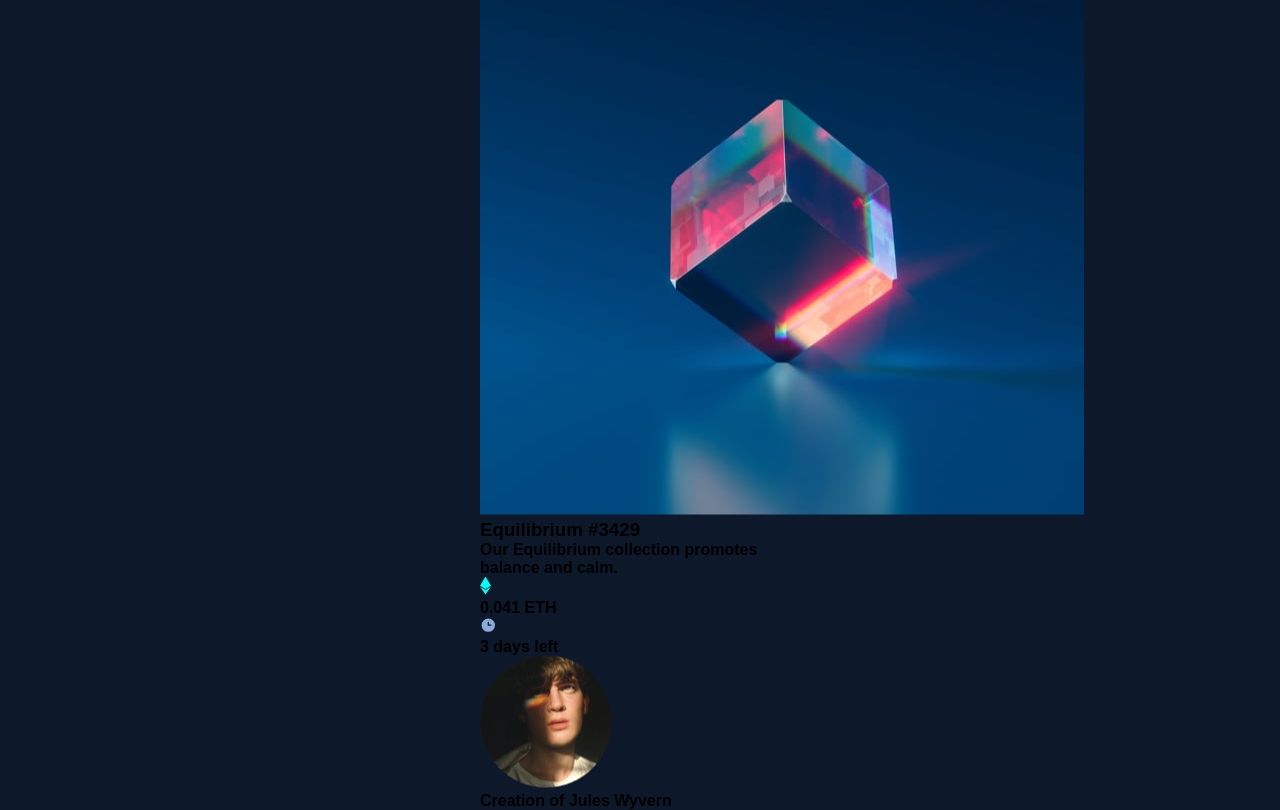
Repository: superZXMzzl/FrontendMentor
Page: nft-preview-card-component-main/index.html
These files come from the project's save history. The page is drawn as it stood at one moment and after the next save; the edit follows.
The browser window is 1280 px wide. The pictures show the whole page.

Above is the page before, as saved 2022-05-09 22:28:18.

After the next save:
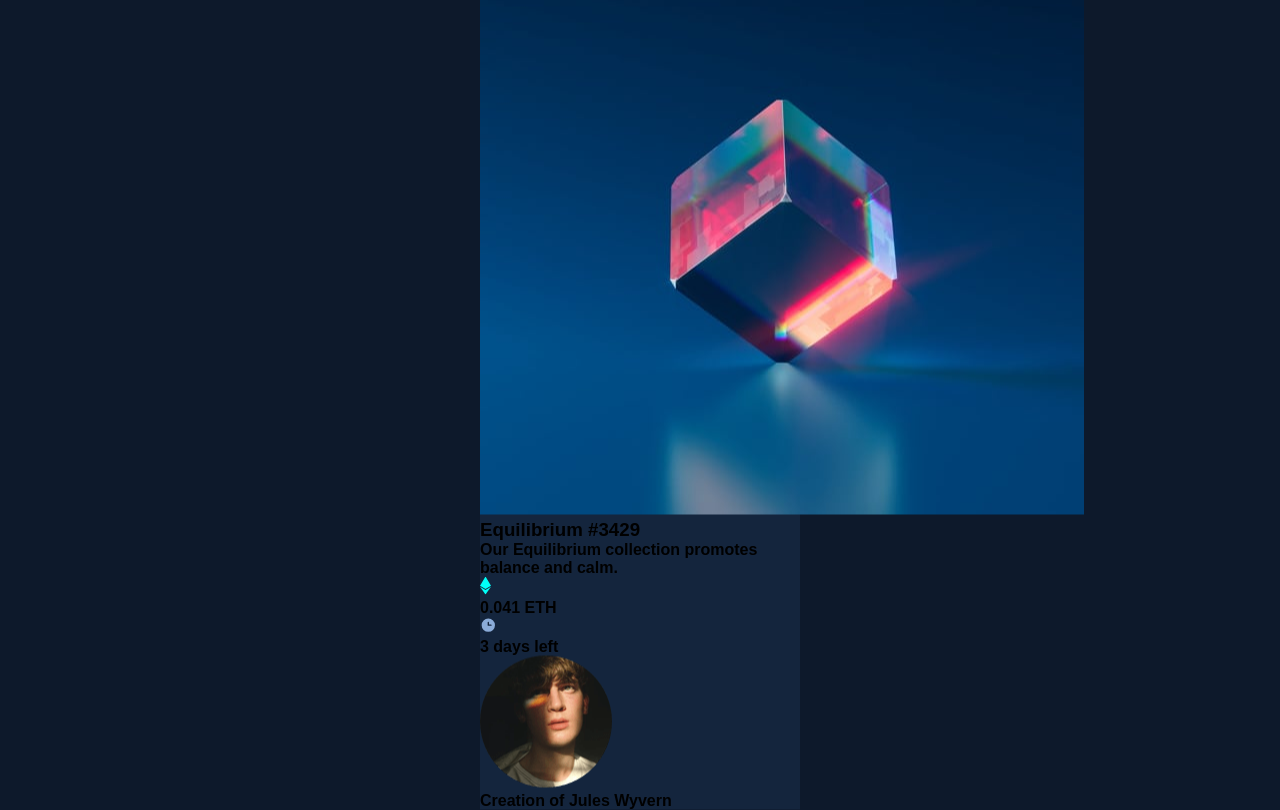
Saved 18 s later.
--- a/nft-preview-card-component-main/style.css
+++ b/nft-preview-card-component-main/style.css
@@ -18,4 +18,5 @@
     top:50%;
     transform: translate(-50%, -50%);
     max-width: 25%;
+    background-color: hsl(216, 50%, 16%);
 }
